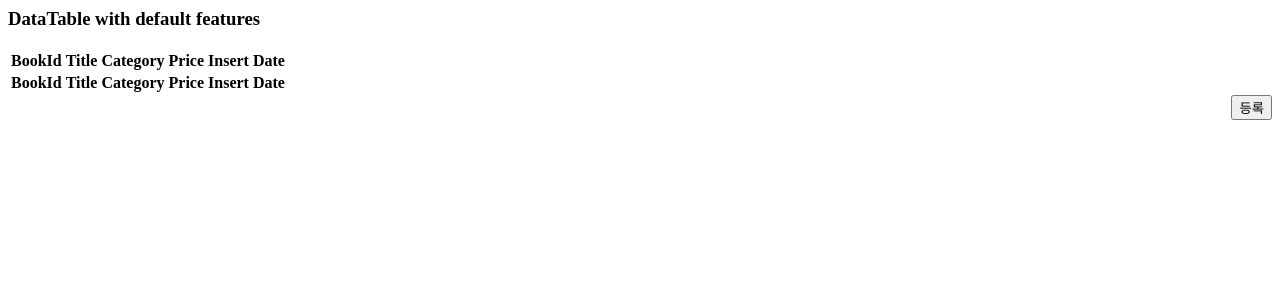
Repository: loy18/SPRING
Page: http://localhost/egovProj/WEB-INF/views/book/list.jsp
An editor plug-in stored every save of this project. The page is shown before and after the next save, followed by the edit.
The browser window is 1280 px wide. The pictures show the whole page.
The page is served by Tomcat 9. Nobody is signed in. Other server files are loaded and not shown. The template is opened directly, without the code that normally fills it, so the values that code supplies are empty.

Above is the page before, as saved 2022-11-14 06:28:45.

### egovProj/src/main/webapp/WEB-INF/views/book/list.jsp
<%@ page language="java" contentType="text/html; charset=UTF-8"%>
<%@ taglib prefix="c" uri="http://java.sun.com/jsp/jstl/core"%>
<%@ taglib prefix="fmt" uri="http://java.sun.com/jsp/jstl/fmt"%>
<div class="card">
	<div class="card-header">
		<h3 class="card-title">DataTable with default features</h3>
	</div>
	<div class="card-body">
		<div id="example1_wrapper" class="dataTables_wrapper dt-bootstrap4">
			<div class="row">
				<div class="col-sm-12">
					<table id="example1"
						class="table table-bordered table-striped dataTable dtr-inline"
						aria-describedby="example1_info">
						<thead>
							<tr>
								<th class="sorting sorting_asc" tabindex="0"
									aria-controls="example1" rowspan="1" colspan="1"
									aria-sort="ascending"
									aria-label="BookId: activate to sort column descending"
									cursorshover="true">BookId</th>
								<th class="sorting" tabindex="0" aria-controls="example1"
									rowspan="1" colspan="1"
									aria-label="Title: activate to sort column ascending"
									cursorshover="true">Title</th>
								<th class="sorting" tabindex="0" aria-controls="example1"
									rowspan="1" colspan="1"
									aria-label="Category: activate to sort column ascending"
									cursorshover="true">Category</th>
								<th class="sorting" tabindex="0" aria-controls="example1"
									rowspan="1" colspan="1"
									aria-label="Price: activate to sort column ascending">Price</th>
								<th class="sorting" tabindex="0" aria-controls="example1"
									rowspan="1" colspan="1"
									aria-label="Insert Date: activate to sort column ascending">Insert Date</th>
							</tr>
						</thead>
						<tbody>
						<c:forEach var="bookVO" items="${bookVOList }" varStatus="stat">
							<c:if test="${stat.count%2!=0 }"><tr class="odd"></c:if>
							<c:if test="${stat.count%2==0 }"><tr class="even"></c:if>
								<td class="dtr-control sorting_1" tabindex="0">${bookVO.bookId }</td>
								<td><a href="/book/detail?bookId=${bookVO.bookId }">${bookVO.title }</a></td>
								<td>${bookVO.category }</td>
								<td><fmt:formatNumber value="${bookVO.price }" pattern="#,###" /> </td>
								<td><fmt:formatDate value="${bookVO.insertDate }" pattern="yyyy년 MM월 dd일"/> </td>
							</tr>
							</c:forEach>
						</tbody>
						<tfoot>
							<tr>
								<th rowspan="1" colspan="1">BookId</th>
								<th rowspan="1" colspan="1">Title</th>
								<th rowspan="1" colspan="1">Category</th>
								<th rowspan="1" colspan="1">Price</th>
								<th rowspan="1" colspan="1">Insert Date</th>
							</tr>
						</tfoot>
					</table>
					<div style="text-align:right;">
						<button  type="button" class="btn btn-primary bt-sm">등록 </button>
						</div>
				</div>
			</div>
		</div>
	</div>
</div>

After the next save:
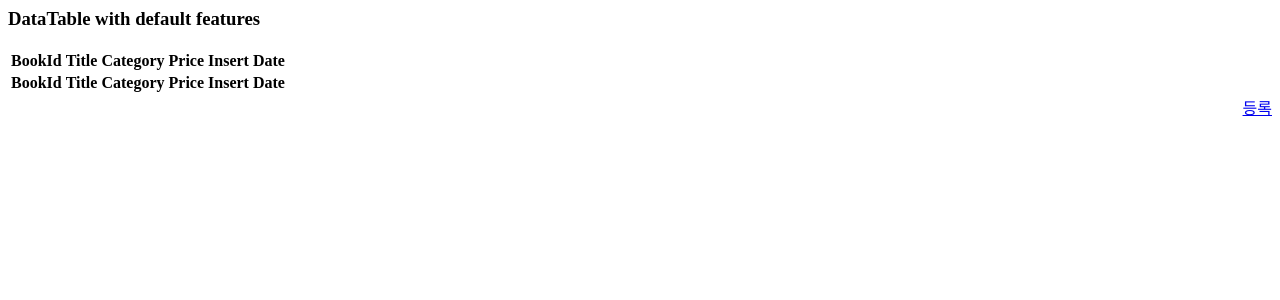
Saved 30 s later.
--- a/egovProj/src/main/webapp/WEB-INF/views/book/list.jsp
+++ b/egovProj/src/main/webapp/WEB-INF/views/book/list.jsp
@@ -58,7 +58,7 @@
 						</tfoot>
 					</table>
 					<div style="text-align:right;">
-						<button  type="button" class="btn btn-primary bt-sm">등록 </button>
+						<a href="/book/register"   class="btn btn-primary bt-sm">등록 </a>
 						</div>
 				</div>
 			</div>
